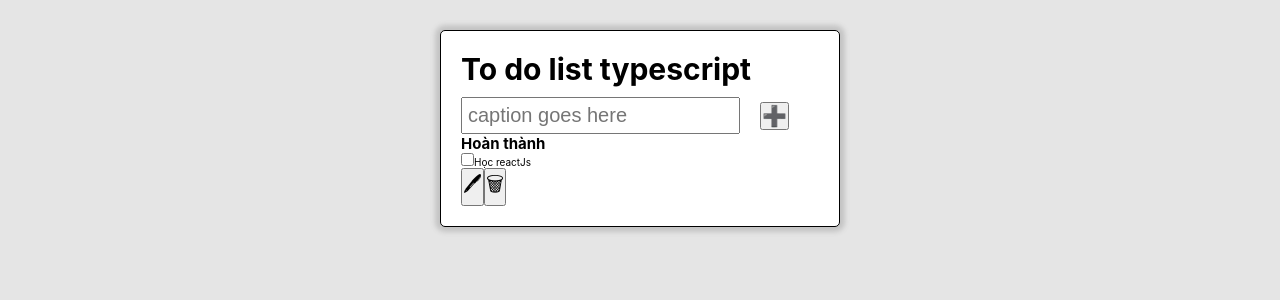
Repository: Nhatktvn/TodoListReactTs
Page: /
An editor plug-in stored every save of this project. The page is shown before and after the next save, followed by the edit.
The browser window is 1280 px wide. The pictures show the whole page.
The project was rebuilt for these pictures with package versions that can differ from the ones it lists, and the page was loaded fresh each time. Also part of the build but not shown: src/components/TaskList/tasklist.module.scss.

Above is the page before, as saved 2023-11-08 08:46:20.

### src/index.css
* {
  margin: 0;
  padding: 0;
  box-sizing: border-box;
}

html {
  font-size: 10px;
  --font-size: 2rem;
}

body {
  margin: 0;
  font-family: -apple-system, BlinkMacSystemFont, 'Segoe UI', 'Roboto', 'Oxygen', 'Ubuntu', 'Cantarell', 'Fira Sans',
    'Droid Sans', 'Helvetica Neue', sans-serif;
  -webkit-font-smoothing: antialiased;
  -moz-osx-font-smoothing: grayscale;
  background-color: #e5e5e5;
}

input,
button {
  font-size: var(--font-size);
}
code {
  font-family: source-code-pro, Menlo, Monaco, Consolas, 'Courier New', monospace;
}

### src/App.tsx
import React from 'react'
import './App.css'
import TodoList from './components/TodoList/TodoList'

function App() {
  return (
    <div className='App'>
      <TodoList />
    </div>
  )
}

export default App

### src/components/TodoList/TodoList.tsx
import React from 'react'
import styles from './todoList.module.scss'
import TaskInput from '../TaskInput/TaskInput'
import TaskList from '../TaskList/TaskList'
export default function TodoList() {
  return (
    <div className={styles.todoList}>
      <div className={styles.todoListContainer}>
        <TaskInput />
        <TaskList />
      </div>
    </div>
  )
}

### src/components/TodoList/todoList.module.scss
.todoList {
  padding: 3rem;
}
.todoListContainer {
  background-color: #fff;
  padding: 2rem;
  max-width: 40rem;
  border-radius: 5px;
  margin: 0 auto;
  border: 1px solid #000;
  box-shadow: 0px 0px 5px 5px #c4c4c4;
  text-align: left;
}

### src/components/TaskInput/TaskInput.tsx
import React from 'react'
import styles from './taskInput.module.scss'
export default function TaskInput() {
  return (
    <div>
      <h1 className={styles.title}>To do list typescript</h1>
      <form className={styles.form}>
        <input type='text' placeholder='caption goes here' />
        <button type='submit'>➕</button>
      </form>
    </div>
  )
}

### src/components/TaskList/TaskList.tsx
import React from 'react'
import styles from './tasklist.module.scss'
export default function TaskList() {
  return (
    <div>
      <h2 className={styles.title}>Hoàn thành</h2>
      <div className={styles.tasks}>
        <div className={styles.task}>
          <input type='checkbox' />
          <span>Học reactJs</span>
          <div className={styles.taskAction}>
            <button className={styles.btn}>🖊</button>
            <button className={styles.btn}>🗑</button>
          </div>
        </div>
      </div>
    </div>
  )
}

### src/components/TaskInput/taskInput.module.scss
.title {
  font-size: 3rem;
  margin-bottom: 1rem;
}

.form {
  display: flex;
  justify-content: left;
  align-items: center;
  gap: 2rem;
  input {
    padding: 5px;
  }
}

Loaded but not shown: public/index.html (common file); src/index.tsx (common file); src/reportWebVitals.ts (common file); src/App.css (common file)

After the next save:
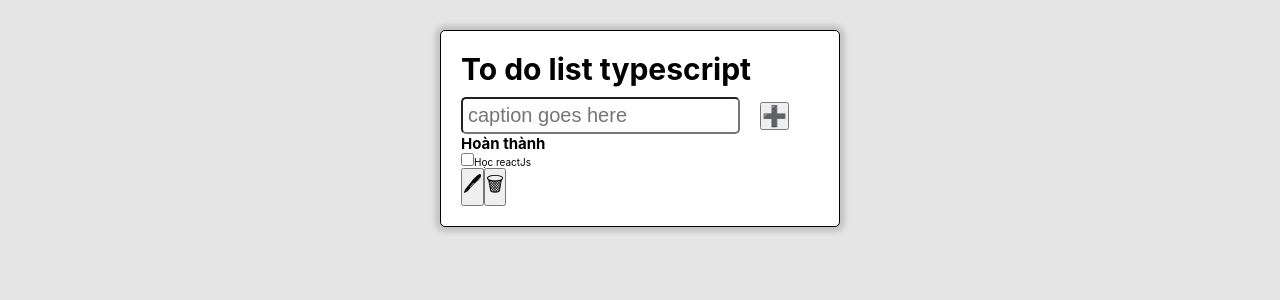
Saved 8 s later.
--- a/src/components/TaskInput/taskInput.module.scss
+++ b/src/components/TaskInput/taskInput.module.scss
@@ -10,5 +10,6 @@
   gap: 2rem;
   input {
     padding: 5px;
+    border-radius: 5px;
   }
 }
